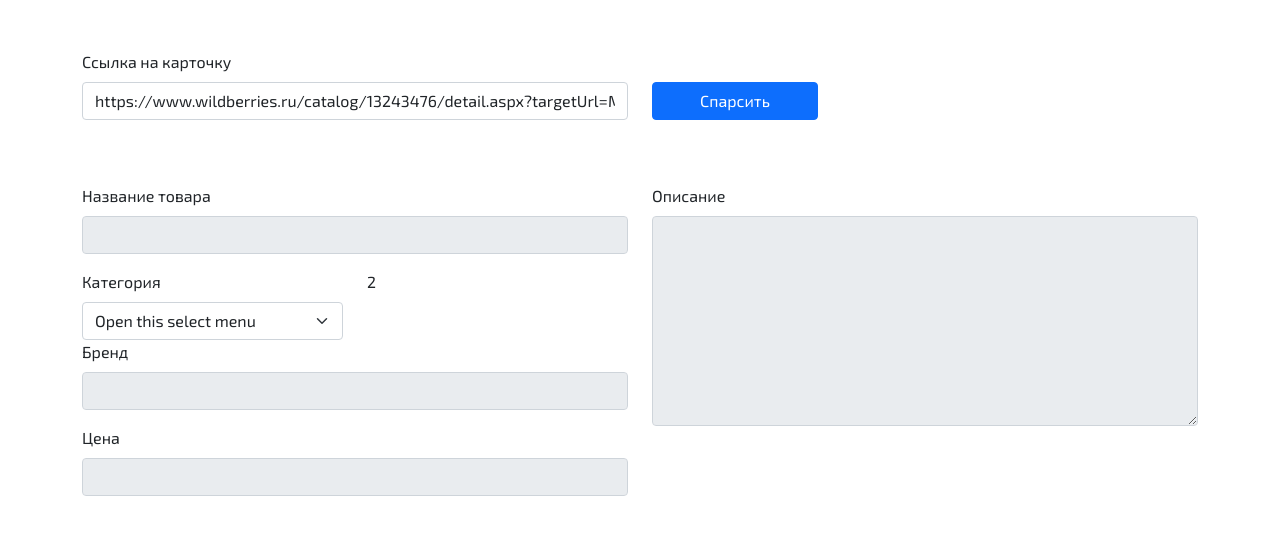
Repository: yozuul/wildberries-product-card-parser-api-exchange
Page: public/panel.html
These files come from the project's save history. The page is drawn as it stood at one moment and after the next save; the edit follows.
The browser window is 1280 px wide. The pictures show the whole page.

Above is the page before, as saved 2021-08-19 15:17:16.

After the next save:
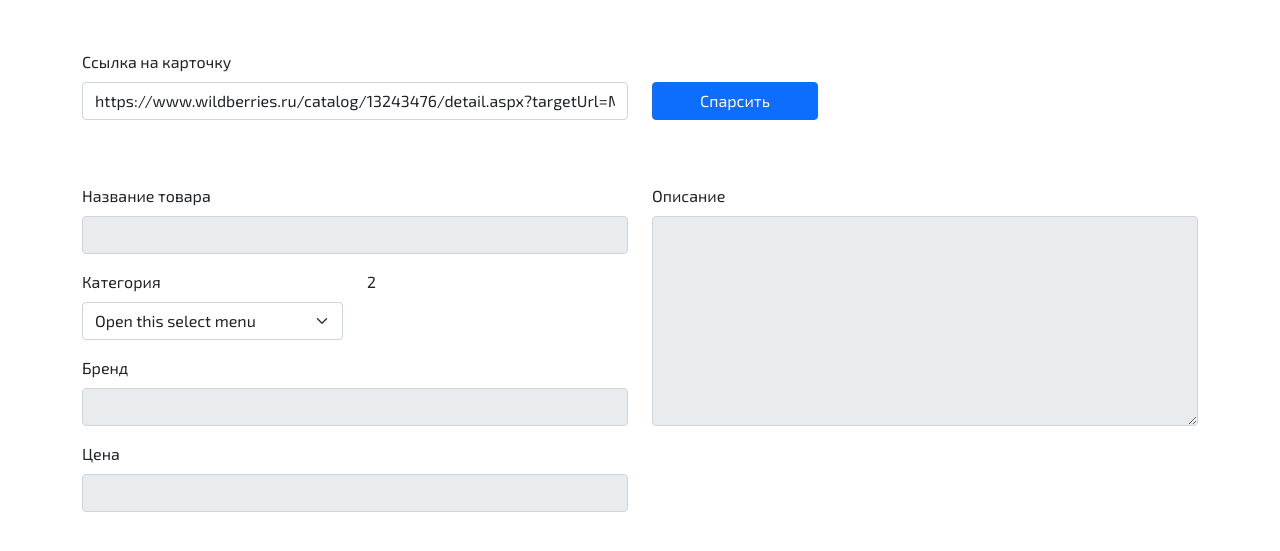
Saved 10 s later.
--- a/public/panel.html
+++ b/public/panel.html
@@ -47,7 +47,7 @@
                <input type="text" class="form-control" id="productName" readonly>
             </div>
 
-            <div class="row productProperties">
+            <div class="row mb-3 productProperties">
                <div class="col-6">
                   <label for="productCategory" class="form-label">Категория</label>
                   <select class="form-select" aria-label="Default select example">
